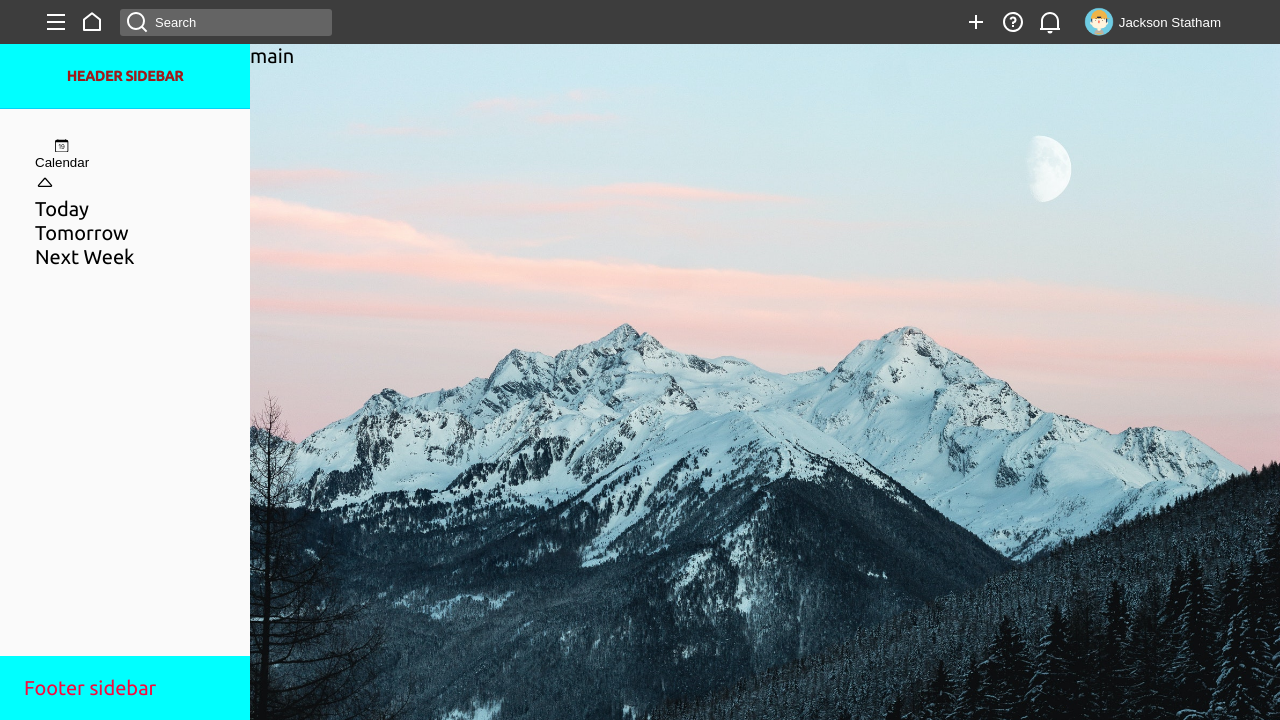
Repository: huuthe1999/to-do-list
Page: /
An editor plug-in stored every save of this project. The page is shown before and after the next save, followed by the edit.
The browser window is 1280 px wide. The pictures show the whole page.
The project was rebuilt for these pictures with package versions that can differ from the ones it lists, and the page was loaded fresh each time. Also part of the build but not shown: src/components/calendar/calendarItem/calendarItem.scss, src/components/form/addForm/addForm.scss, src/components/form/addForm/AddForm.js, src/components/modal/modal.scss, src/components/modal/Modal.js.

Above is the page before, as saved 2022-02-17 11:33:12.

### public/index.html
<!DOCTYPE html>
<html lang="en">
	<head>
		<meta charset="utf-8" />
		<link rel="icon" href="%PUBLIC_URL%/favicon.ico" />
		<meta name="viewport" content="width=device-width, initial-scale=1" />
		<meta name="theme-color" content="#000000" />
		<meta
			name="description"
			content="Web site created using create-react-app"
		/>
		<link rel="apple-touch-icon" href="%PUBLIC_URL%/logo192.png" />
		<!--
      manifest.json provides metadata used when your web app is installed on a
      user's mobile device or desktop. See https://developers.google.com/web/fundamentals/web-app-manifest/
    -->
		<link rel="manifest" href="%PUBLIC_URL%/manifest.json" />
		<!--
      Notice the use of %PUBLIC_URL% in the tags above.
      It will be replaced with the URL of the `public` folder during the build.
      Only files inside the `public` folder can be referenced from the HTML.

      Unlike "/favicon.ico" or "favicon.ico", "%PUBLIC_URL%/favicon.ico" will
      work correctly both with client-side routing and a non-root public URL.
      Learn how to configure a non-root public URL by running `npm run build`.
    -->
		<title>React Redux App</title>
	</head>
	<body>
		<noscript>You need to enable JavaScript to run this app.</noscript>
		<div id="modal"></div>
		<div id="root"></div>
		<!--
      This HTML file is a template.
      If you open it directly in the browser, you will see an empty page.

      You can add webfonts, meta tags, or analytics to this file.
      The build step will place the bundled scripts into the <body> tag.

      To begin the development, run `npm start` or `yarn start`.
      To create a production bundle, use `npm run build` or `yarn build`.
    --></body>
</html>

### src/index.js
import React from 'react';
import ReactDOM from 'react-dom';
import { Provider } from 'react-redux';
import App from './App';
import { store } from './app/store';

ReactDOM.render(
	<React.StrictMode>
		<Provider store={store}>
			<App />
		</Provider>
	</React.StrictMode>,
	document.getElementById('root'),
);

### src/App.js
import React from 'react';
// import { Counter } from './features/counter/Counter';
import './App.scss';
import Main from './components/main/Main';
import SideBar from './components/sideBar/SideBar';
import TopBar from './components/topBar/TopBar';
function App() {
	return (
		<div className='app'>
			<TopBar />
			<div className='container'>
				<SideBar />
				<Main />
			</div>
		</div>
	);
}

export default App;

### src/App.scss
@import url('https://fonts.googleapis.com/css2?family=Ubuntu:wght@300;400;500&display=swap');
*,
*::before,
*::after {
	margin: 0;
	padding: 0;
	box-sizing: border-box;
}

:root {
	--icon-color: #fff;
	--icon-size: 40px;

	--bg: rgb(53, 42, 42);
	--bg-input: hsla(0, 0%, 100%, 0.2);
	// Header
	--hd-text-color: #ffffff;
	--hd-icon-color-hover: #202020;
}

.app {
	font-family: 'Ubuntu', sans-serif;
	font-size: 20px;
	width: 100vw;
	height: 100vh;
	background-color: var(--bg);
	overflow: hidden;
}

.container {
	display: flex;
	height: calc(100% - 44px);
}

button {
	border: none;
	outline: none;
	cursor: pointer;
	background-color: transparent;
}

a {
	text-decoration: none;
}

ul {
	list-style-type: none;
}

### src/components/main/Main.js
import './main.scss';

const Main = () => {
	return <div className='main'>main</div>;
};

export default Main;

### src/components/sideBar/SideBar.js
import Calendar from '../calendar/Calendar';
import './sideBar.scss';

const SideBar = () => {
	return (
		<div className='sidebar'>
			<div className='sidebar__inner'>
				<div className='sidebar__layout'>
					<div className='sidebar__layout-header'>
						<p>Header sidebar</p>
					</div>
					<div className='sidebar__layout-content'>
						<Calendar />
					</div>
					<div className='sidebar__layout-footer'>Footer sidebar</div>
				</div>
			</div>
		</div>
	);
};

export default SideBar;

### src/components/topBar/TopBar.js
import { useState } from 'react';
import {
	RiAddLine,
	RiHomeLine,
	RiMenuLine,
	RiNotification2Line,
	RiQuestionLine,
	RiSearchLine,
} from 'react-icons/ri';
import Avatar from '../../assets/images/avatar.png';
import AddForm from '../form/addForm/AddForm';
import Modal from '../modal/Modal';
import './topbar.scss';
const TopBar = () => {
	const [modal, setShowModal] = useState(false);
	return (
		<header className='topbar'>
			<div className='topbar__inner'>
				<div className='topbar__inner-leftControl'>
					<button className='topbar__button leftControl'>
						<RiMenuLine className='topbar__button-icon' />
					</button>

					<button className='topbar__button leftControl'>
						<RiHomeLine className='topbar__button-icon' />
					</button>
					<div className='topbar__inner-leftControl-search'>
						<RiSearchLine className='topbar__button-icon topbar__button-icon-search' />
						<input type='text' placeholder='Search' />
					</div>
				</div>
				<div className='topbar__inner-rightControl'>
					<Modal showModal={modal} setShowModal={setShowModal}>
						<AddForm setShowModal={setShowModal} />
					</Modal>
					<button className='topbar__button rightControl'>
						<RiAddLine
							className='topbar__button-icon'
							onClick={() => setShowModal(true)}
						/>
					</button>
					<button className='topbar__button rightControl'>
						<RiQuestionLine className='topbar__button-icon' />
					</button>
					<button className='topbar__button rightControl'>
						<RiNotification2Line className='topbar__button-icon' />
					</button>
					<button className='topbar__button info'>
						<img src={Avatar} alt='avatar' />
						<p>Jackson Statham</p>
					</button>
				</div>
			</div>
		</header>
	);
};

export default TopBar;

### src/features/counter/counterSlice.js
import { createAsyncThunk, createSlice } from '@reduxjs/toolkit';
import { fetchCount } from './counterAPI';

const initialState = {
  value: 0,
  status: 'idle',
};

// The function below is called a thunk and allows us to perform async logic. It
// can be dispatched like a regular action: `dispatch(incrementAsync(10))`. This
// will call the thunk with the `dispatch` function as the first argument. Async
// code can then be executed and other actions can be dispatched. Thunks are
// typically used to make async requests.
export const incrementAsync = createAsyncThunk(
  'counter/fetchCount',
  async (amount) => {
    const response = await fetchCount(amount);
    // The value we return becomes the `fulfilled` action payload
    return response.data;
  }
);

export const counterSlice = createSlice({
  name: 'counter',
  initialState,
  // The `reducers` field lets us define reducers and generate associated actions
  reducers: {
    increment: (state) => {
      // Redux Toolkit allows us to write "mutating" logic in reducers. It
      // doesn't actually mutate the state because it uses the Immer library,
      // which detects changes to a "draft state" and produces a brand new
      // immutable state based off those changes
      state.value += 1;
    },
    decrement: (state) => {
      state.value -= 1;
    },
    // Use the PayloadAction type to declare the contents of `action.payload`
    incrementByAmount: (state, action) => {
      state.value += action.payload;
    },
  },
  // The `extraReducers` field lets the slice handle actions defined elsewhere,
  // including actions generated by createAsyncThunk or in other slices.
  extraReducers: (builder) => {
    builder
      .addCase(incrementAsync.pending, (state) => {
        state.status = 'loading';
      })
      .addCase(incrementAsync.fulfilled, (state, action) => {
        state.status = 'idle';
        state.value += action.payload;
      });
  },
});

export const { increment, decrement, incrementByAmount } = counterSlice.actions;

// The function below is called a selector and allows us to select a value from
// the state. Selectors can also be defined inline where they're used instead of
// in the slice file. For example: `useSelector((state: RootState) => state.counter.value)`
export const selectCount = (state) => state.counter.value;

// We can also write thunks by hand, which may contain both sync and async logic.
// Here's an example of conditionally dispatching actions based on current state.
export const incrementIfOdd = (amount) => (dispatch, getState) => {
  const currentValue = selectCount(getState());
  if (currentValue % 2 === 1) {
    dispatch(incrementByAmount(amount));
  }
};

export default counterSlice.reducer;

### src/components/main/main.scss
.main {
	width: 100%;
	height: 100%;
	background-image: url(../../assets/images/bg_main.jpg);
	background-repeat: no-repeat;
	background-size: cover;
	overflow-y: auto;
}

### src/components/calendar/Calendar.js
import React from 'react';
import { BsCalendarDate, BsCaretUp } from 'react-icons/bs';
import CalendarItem from './calendarItem/CalendarItem';

const calendarList = [
	{ id: 1, name: 'Today' },
	{ id: 2, name: 'Tomorrow' },
	{ id: 3, name: 'Next Week' },
];
const Calendar = () => {
	return (
		<div className='calendar'>
			<div className='calendar__header'>
				<button className='calendar__header--title'>
					<BsCalendarDate />
					<p>Calendar</p>
				</button>
				<div className='calendar__header--expand'>
					<span>
						<BsCaretUp />
					</span>
				</div>
			</div>
			<div className='calendar__content'>
				<div className='calendar__content--wrapper'>
					<div className='calendar__content--wrapper--inner'>
						<ul>
							{calendarList.map(({ id, name }) => (
								<CalendarItem key={id} name={name} />
							))}
						</ul>
					</div>
				</div>
			</div>
		</div>
	);
};

export default Calendar;

### src/components/sideBar/sideBar.scss
.sidebar {
	position: relative;
	z-index: 109;
	height: 100%;
	background-color: aqua;
	min-width: 250px;
	width: 300px;
	transition: all 0.3s cubic-bezier(0.4, 0, 0.2, 1);

	&__inner {
		height: 100%;
		position: relative;
		z-index: 101;
	}

	&__layout {
		height: 100%;
		overflow-y: auto;
		overflow-x: hidden;
		display: flex;
		flex-direction: column;
		position: relative;
		z-index: 101;

		&-header {
			border-bottom: 1px solid rgba(8, 41, 228, 0.2);

			p {
				text-align: center;
				color: rgb(160, 25, 25);
				padding: 24px;
				font-weight: bold;
				font-size: 14px;
				text-transform: uppercase;
			}
		}

		&-content {
			flex-grow: 1;
			padding-top: 30px;
			padding-left: 35px;
			padding-bottom: 30px;
			background-color: #fafafa;
		}

		&-footer {
			padding: 20px 24px;
			color: rgb(245, 12, 62);
		}
	}
}

### src/components/topBar/topbar.scss
.topbar {
	display: flex;
	justify-content: center;
	align-items: center;
	background-color: #3d3d3d;
	flex-shrink: 0;
	padding: 0px 42px;
	font-size: 13px;
	color: #202020;
	height: 44px;

	&__inner {
		display: flex;
		justify-content: space-between;
		background-color: transparent;
		width: 100%;
		height: 100%;

		&-leftControl {
			display: flex;
			align-items: center;
			justify-content: flex-start;

			&-search {
				display: flex;
				align-items: center;
				position: relative;
				margin-left: 6px;

				&:hover {
					input {
						background-color: var(--hd-text-color);
						&::placeholder {
							color: var(--hd-icon-color-hover);
						}
					}
					* {
						color: var(--hd-icon-color-hover);
					}
				}

				input {
					font-size: 13px;
					color: var(--hd-text-color);
					background-color: var(--bg-input);
					outline: 0;
					border-radius: 3px;
					border: 1px solid transparent;
					padding: 5px 0 5px 34px;
					transition: all 0.15s cubic-bezier(0.4, 0, 0.2, 0.1);
					transition-property: background-color;

					&::placeholder {
						color: var(--hd-text-color);
					}
				}
			}
		}

		&-rightControl {
			display: flex;
			align-items: center;
			height: 44px;
			padding: 0px 12px;

			img {
				width: 100%;
				height: 100%;
			}
		}
	}

	&__button {
		display: flex;
		justify-content: center;
		align-items: center;
		border-radius: 3px;

		&:hover {
			background-color: var(--bg-input);
		}

		&.leftControl {
			height: 28px;
			min-width: 28px;
			margin-right: 8px;
		}

		&.rightControl {
			height: 32px;
			min-width: 32px;
			margin-left: 5px;
		}

		&.info {
			height: 100%;
			color: var(--hd-text-color);
			margin-left: 8px;
			padding: 0px 5px;
			img {
				width: 40px;
				height: 40px;
			}
		}
		&-icon {
			font-size: 24px;
			color: var(--icon-color);

			&-search {
				position: absolute;
				left: 5px;
				top: 50%;
				transform: translateY(-50%);
				color: var(--icon-color);
			}
		}
	}
}

### src/components/calendar/calendarItem/CalendarItem.js
import './calendarItem.scss';

const CalendarItem = ({ name }) => {
	return <li>{name}</li>;
};

export default CalendarItem;

Loaded but not shown: src/app/store.js (common file); src/features/counter/counterAPI.js (common file)

After the next save:
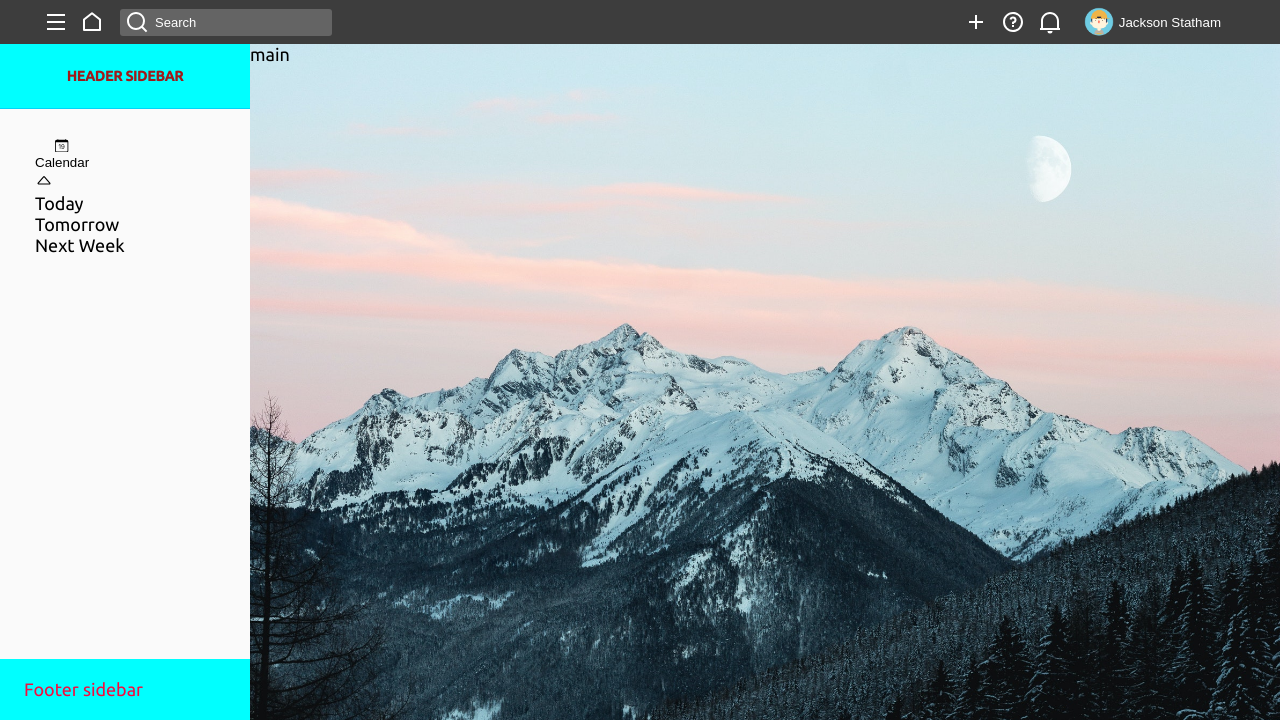
Saved 34 s later.
--- a/src/App.scss
+++ b/src/App.scss
@@ -20,7 +20,7 @@
 
 .app {
 	font-family: 'Ubuntu', sans-serif;
-	font-size: 20px;
+	font-size: 18px;
 	width: 100vw;
 	height: 100vh;
 	background-color: var(--bg);
